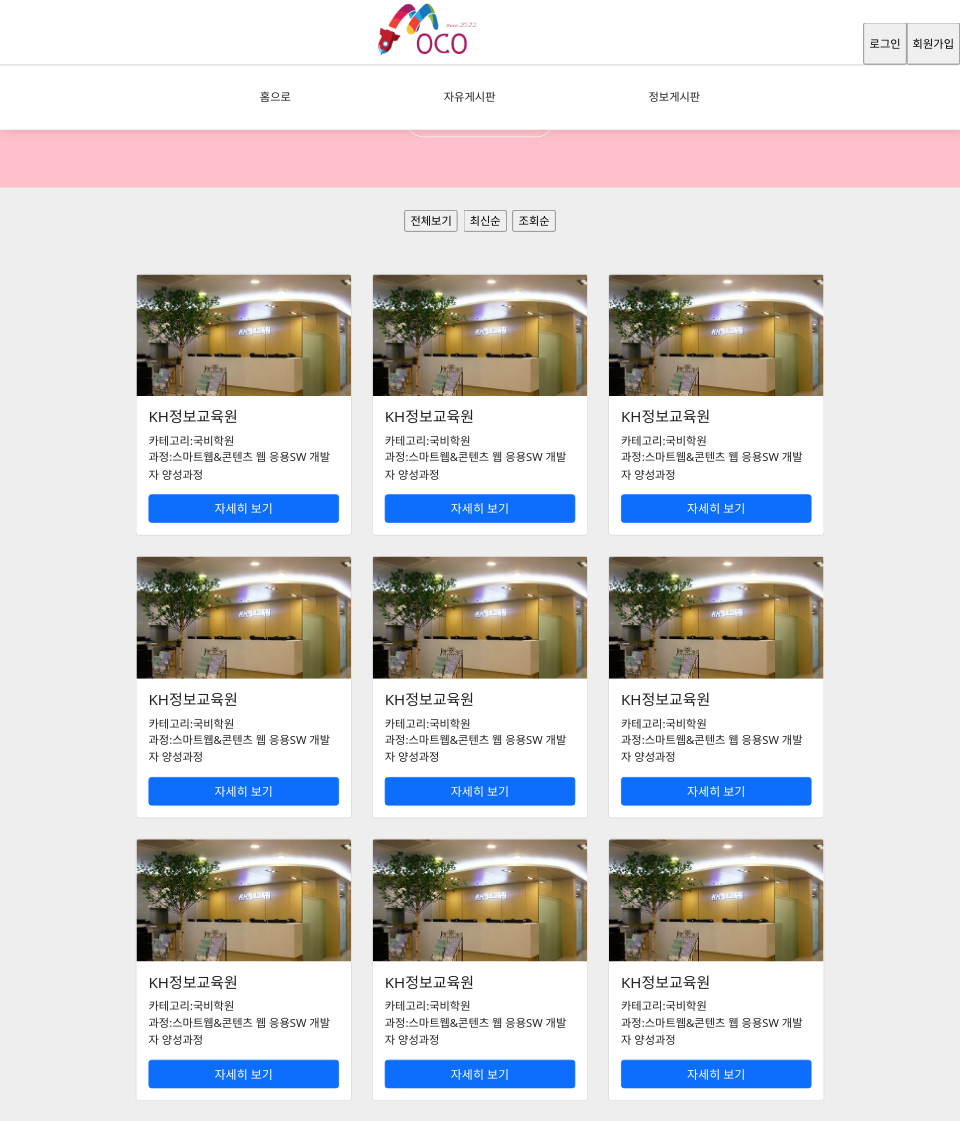
Repository: Pmyjava/mocosemi
Page: http://localhost/moco_SemiProject/WEB-INF/views/info/infoList.jsp
The author's editor kept a copy of each file at every save. The page is drawn from the files as they stood at one save, then again after the next save.
The browser window is 1280 px wide. The pictures show the whole page, at 75% of full size.
The page is served by Tomcat 9. Nobody is signed in. The template is opened directly, without the code that normally fills it, so the values that code supplies are empty.

Above is the page before, as saved 2022-11-21 05:21:11.

After the next save:
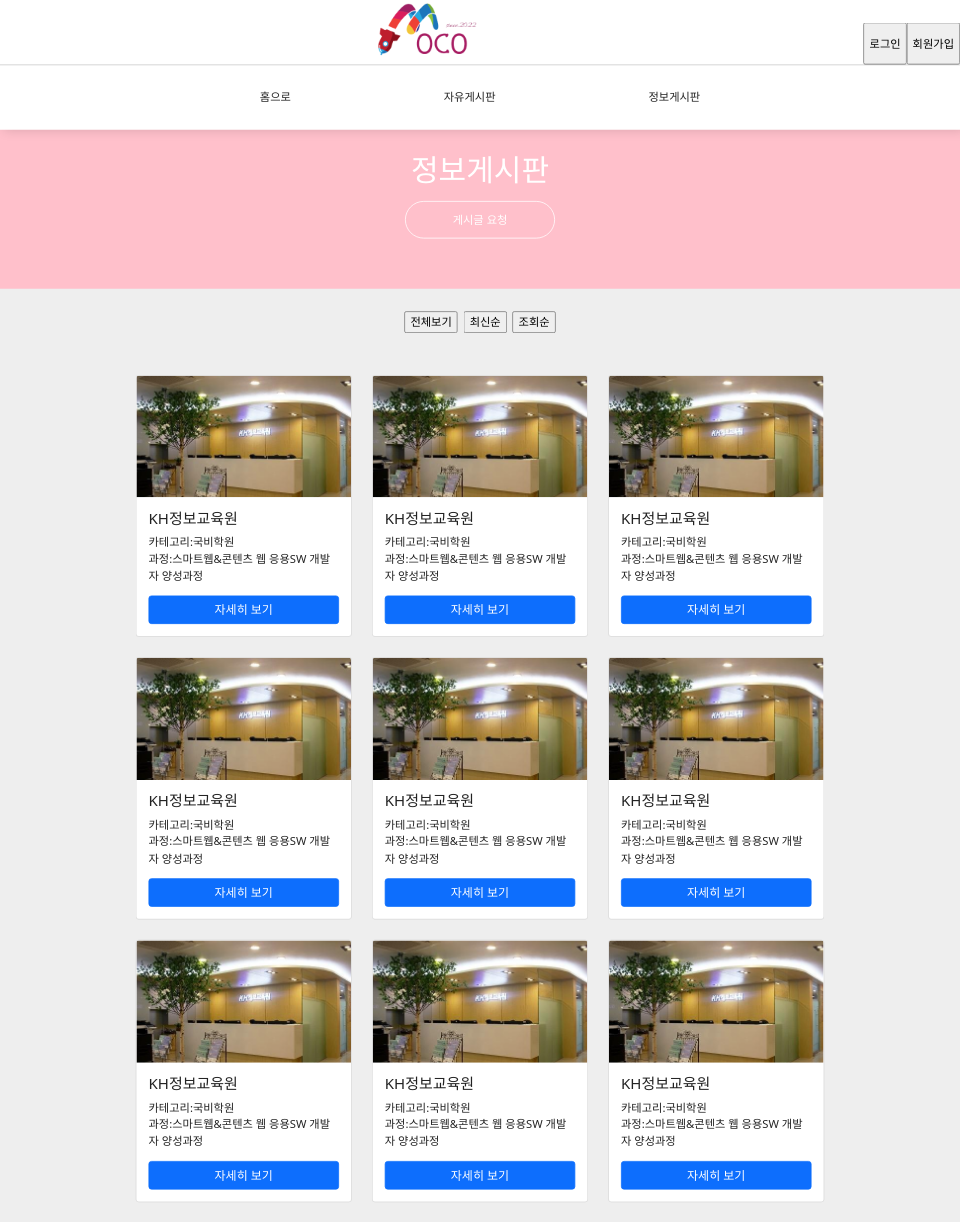
Saved 27 s later.
--- a/Semi_project2/moco_SemiProject/src/main/webapp/WEB-INF/views/info/infoList.jsp
+++ b/Semi_project2/moco_SemiProject/src/main/webapp/WEB-INF/views/info/infoList.jsp
@@ -86,6 +86,7 @@
 	<header>
     	<jsp:include page="/WEB-INF/views/main/nav.jsp"/>
 	</header>
+	<br><br><br><br><br><br>
 	<div class='infomation'>
 		<h1>정보게시판</h1>
 		<button>게시글 요청</button>
